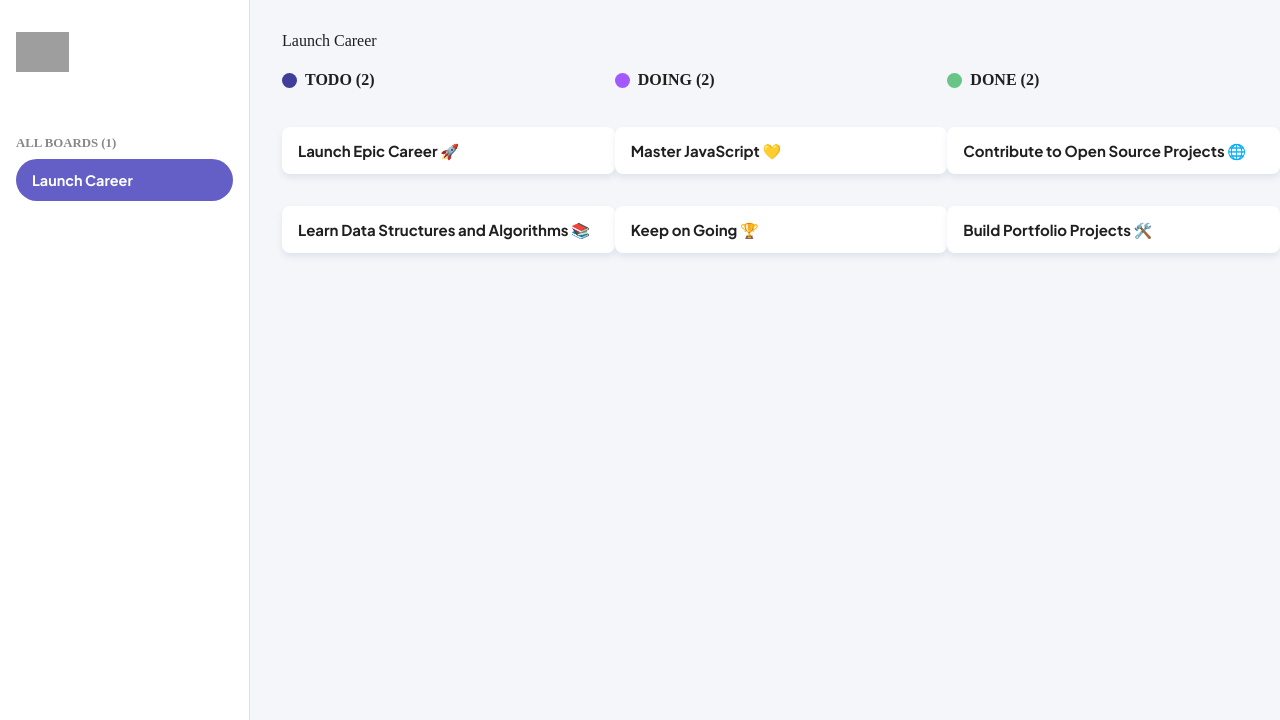
Repository: andajonas/ANDJON25111_fto2502_A2_Anda_Jonas_JSL01
Page: index.html
The author's editor kept a copy of each file at every save. The page is drawn from the files as they stood at one save, then again after a run of saves.
The browser window is 1280 px wide. The pictures show the whole page.
Pictures or frames that could not be fetched are drawn as grey boxes.

Above is the page before, as saved 2025-04-25 13:05:47.

After the next 2 saves:
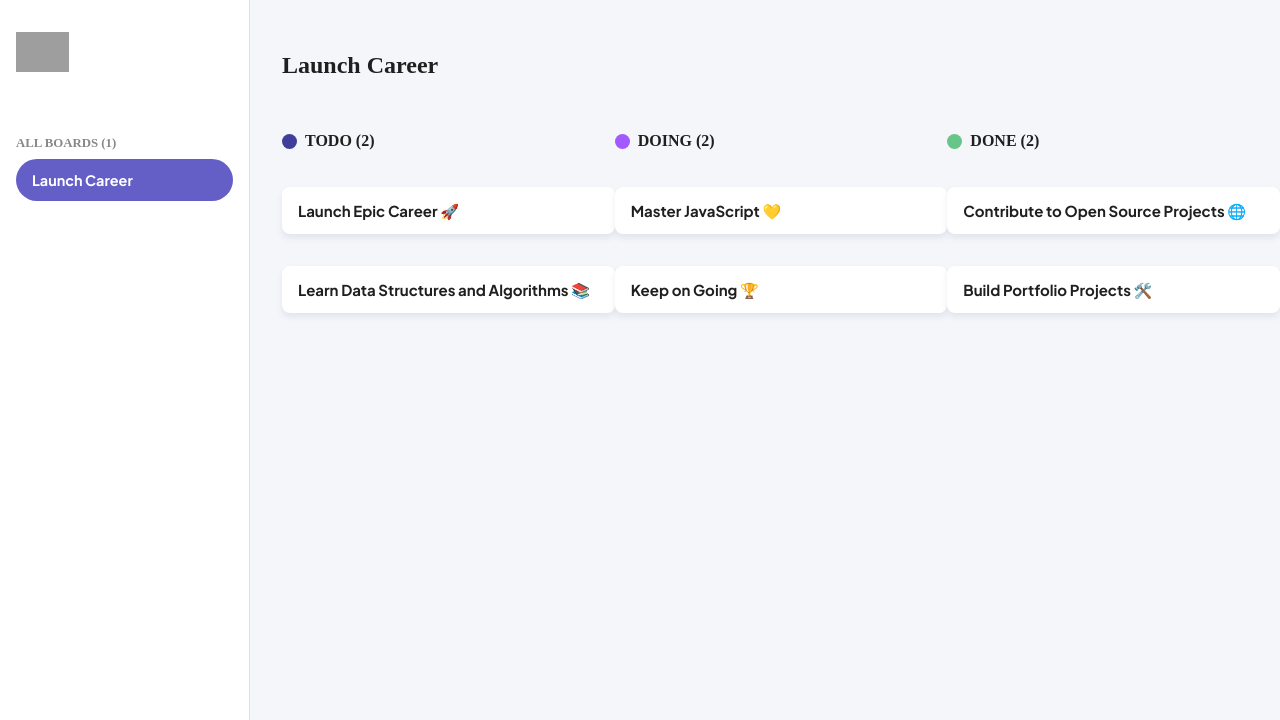
The 2 saves are shown as one change because they came seconds apart.
The last was saved 8 s later.
--- a/index.html
+++ b/index.html
@@ -21,7 +21,7 @@
 
       <!-- Main Board Section -->
       <div class="main-board">
-        <header class="board"
+        <header class="board-header"></header>
           <h2 class="board-title">Launch Career</h2>
         </header>
 
